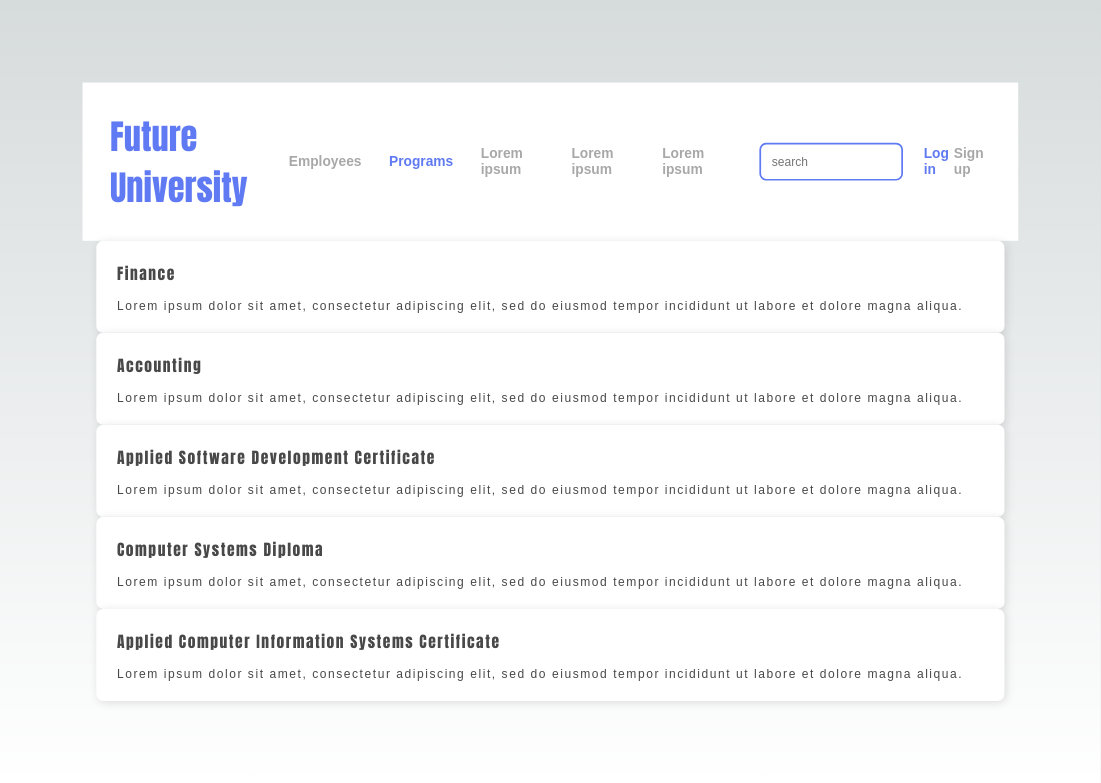
Repository: giovanabirck/class03-vercel-test
Page: /
The author's editor kept a copy of each file at every save. The page is drawn from the files as they stood at one save, then again after the next save.
The browser window is 1280 px wide. The pictures show the whole page, at 86% of full size.
The project was rebuilt for these pictures with package versions that can differ from the ones it lists, and the page was loaded fresh each time. The framework's server and built-in components were replaced by stand-ins that run in the browser. Also part of the build but not shown: next.config.js, components/CardPrograms/CardPrograms.module.css, components/MenuPrograms/MenuPrograms.module.css.

Above is the page before, as saved 2023-01-28 21:14:42.

After the next save:
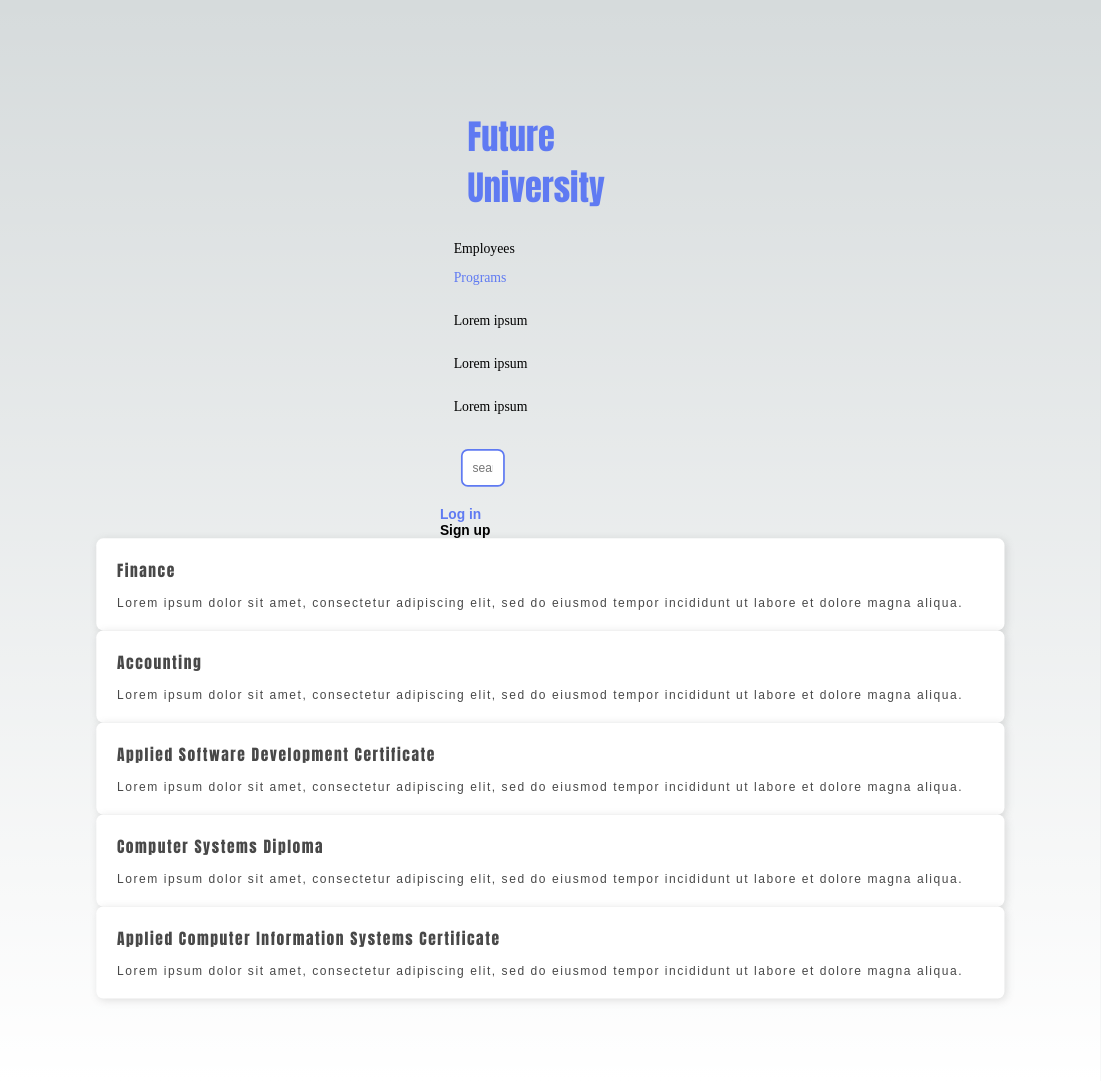
Saved 6 s later.
--- a/components/MenuPrograms/index.js
+++ b/components/MenuPrograms/index.js
@@ -4,15 +4,7 @@ export default function MenuPrograms() {
     return(
         <>
         <div className="top-menu" style={{
-            fontFamily: "Arial",
-            fontWeight: "bold",
-            color: "#A8A8A8",
-            backgroundColor: "white",
-            width: "100%",
-            display: "flex",
-            height: "20%",
-            alignItems: "center",
-            justifyContent: "space-between"
+
             }}>
 
             <h1 style={{
